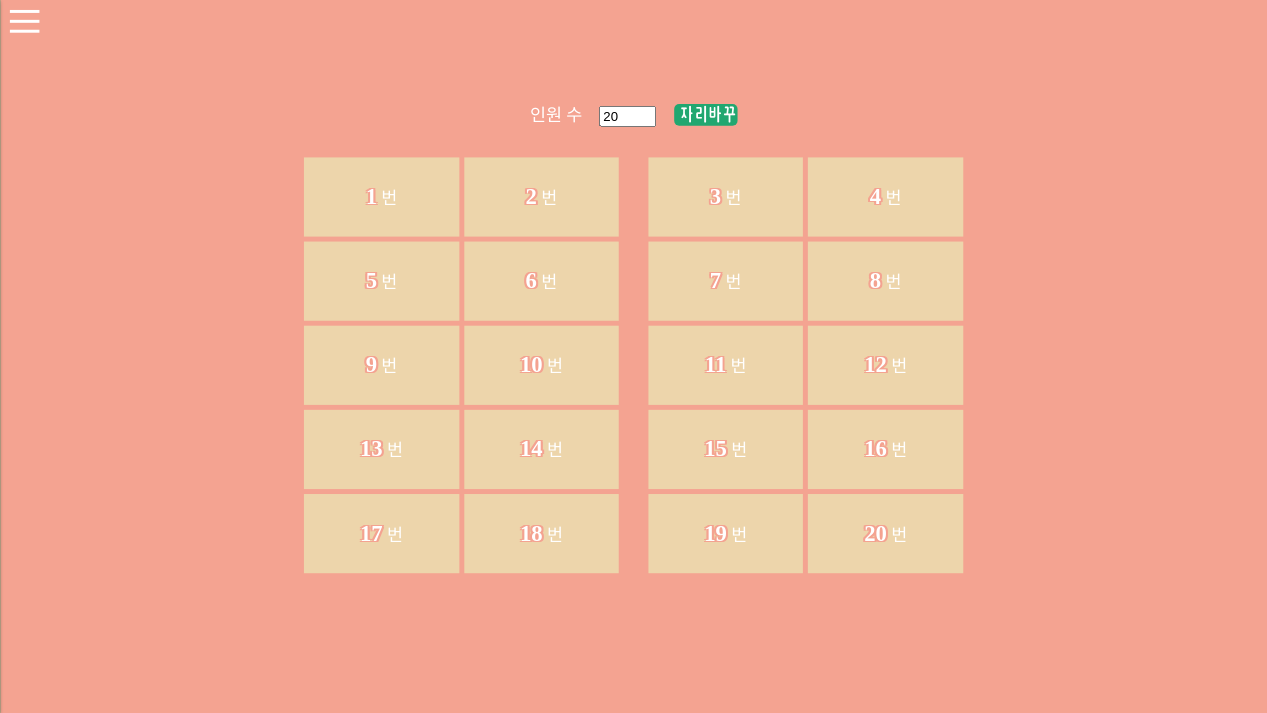
Repository: se-yoo/ChangeSeat
Page: http://localhost/ChangeSeat/change.jsp
An editor plug-in stored every save of this project. The page is shown before and after the next save, followed by the edit.
The browser window is 1280 px wide. The pictures show the whole page, at 99% of full size.
Some web fonts or font styles are not loaded; a fallback is used. Some web libraries are served in a nearby version. The page is served by Tomcat 9.

Above is the page before, as saved 2018-06-25 23:58:50.

### ChangeSeat/WebContent/change.jsp
<%@ page language="java" contentType="text/html; charset=UTF-8"
	pageEncoding="UTF-8"%>
<%
	String id = (String) session.getAttribute("id");
	if (id == null) {
%><jsp:forward page="templateTest.jsp">
	<jsp:param name="CONTENTPAGE" value="changeNotMember.jsp" />
</jsp:forward>
<%
	} else {
%><jsp:forward page="templateTest.jsp">
<jsp:param name="CONTENTPAGE" value="changeMember.jsp" />
</jsp:forward>
<%
	}
%>

### ChangeSeat/WebContent/templateTest.jsp
<%@ page language="java" contentType="text/html; charset=UTF-8"
    pageEncoding="UTF-8"%>
<!DOCTYPE html>
<html>
<head>
<meta charset="UTF-8">
<title>자리바꾸기</title>
<meta name="viewport" content="width=device-width, initial-scale=1">
 <title>Side Menu</title>
 <link rel="stylesheet" href="templateStyle.css">
 <link href='https://fonts.googleapis.com/css?family=Pacifico' rel='stylesheet' type='text/css'>
 <script src="//ajax.googleapis.com/ajax/libs/jquery/1.6.1/jquery.min.js" type="text/javascript"></script>
 <script>
$(document).ready(function(){
  /*
  $(".first").mouseover(function(){
    $(".second").css("background-color", '#6b81d5');
    $(".first").css("background-color", '#D56B81');

  });
  $(".second").mouseover(function(){
    $(".second").css("background-color", '#8a6bd5');
    $(".first").css("background-color", '#6bd5bf');

  });
  */
  $(".wrap").click(function(){
    $(".top").toggleClass("addedtop");
    $(".mid").toggleClass("addedmid");
    $(".bot").toggleClass("addedbot");
$(".side").toggleClass("triggered");
    $(".sidebtn").toggleClass("sideopacity");


  });

}); //final
</script>
</head>
<body>
<%
	String contentpage=request.getParameter("CONTENTPAGE");
%>
  <div class="wrap">
<span class="line top"></span>
  <span class="line mid"></span>
  <span class="line bot"></span>
  </div>
  <div class="side">
    <a href="main.jsp" class="sidebtn">홈</a>
    <a href="change.jsp" class="sidebtn">자리바꾸기</a>
    <a href="#" class="sidebtn">조편성</a>
    <a href="#" class="sidebtn">정보관리</a>
  </div>
  <jsp:include page="<%= contentpage %>"></jsp:include>
</body>
</html>

### ChangeSeat/WebContent/changeNotMember.jsp
<%@ page language="java" contentType="text/html; charset=UTF-8"
	pageEncoding="UTF-8"%>
<!DOCTYPE html>
<html>
<head>
<meta content="text/html; charset=UTF-8">
<title></title>
<link rel="stylesheet" href="changeStyle.css">
<script>
	function changeTable() {
		var cnt = document.getElementById("student").value;
		if (cnt > 40) {
			alert("40명 이하까지만 입력가능합니다 죄송합니다");
		} else {
			var num = [ 1, 2 ];
			num.length = cnt;
			for (i = 0; i < cnt; i++) {
				num[i] = i + 1;
			}
			for (i = 0; i < 100; i++) {
				var randNum1 = Math.floor(Math.random() * cnt);
				var randNum2 = Math.floor(Math.random() * cnt);
				var tmp = num[randNum1];
				num[randNum1] = num[randNum2];
				num[randNum2] = tmp;
			}
			result = "<table border='0' cellpadding='10' cellspacing='5'>";
			var row = Math.ceil(cnt / 4);
			var a = 0;

			for (i = 0; i < row; i++) {
				result += "<tr>";
				for (j = 0; j < 5; j++) {
					if (a > cnt - 1) {
						result += "</tr>";
						break;
					}
					if (j == 2)
						result += "<td width='3%' class='empty'></td>";
					else
						result += "<td width='24%' class='desk'><span>"
								+ num[a++] + "</span> 번</td>";
				}
				result += "</tr>";
			}
			result += "</table>";
			document.getElementById("tableBox").innerHTML = result;
		}
	}
</script>
</head>
<body>
	<form>
		인원 수 <input type="number" name="student" id="student" value="20"
			pattern="[0-9]+"> <input type="button" value="자리바꾸기"
			onclick="changeTable()">
	</form>
	<div id="tableBox">
		<table border="0" cellpadding="10" cellspacing="5">
			<%
				int[] num = { 1, 2, 3, 4, 5, 6, 7, 8, 9, 10, 11, 12, 13, 14, 15, 16, 17, 18, 19, 20 };
				int a = 0;
				for (int i = 0; i < 5; i++) {
			%>
			<tr>
				<%
					for (int j = 0; j < 5; j++) {
							if (j == 2)
								out.println("<td width='3%' class='empty'></td>");
							else
								out.println("<td width='24%' class='desk'><span>" + num[a++] + "</span> 번</td>");
						}
				%>
			</tr>
			<%
				}
			%>
		</table>
	</div>
</body>
</html>

### ChangeSeat/WebContent/templateStyle.css
@CHARSET "UTF-8";
@font-face{
	font-family:yangFont;
	src:url('yangfont05.ttf') format('truetype');
}
@font-face{
	font-family:Nanum;
	src:url('NanumBarunGothicLight.ttf') format('truetype');
}
body {
  background-color:#f4a391;
  margin: 0;
  padding: 0;
  font-family:Nanum;
}
html,body {
 height:80%;
}
.line {
 display: block;
  height:3px;
  width:30px;
  background-color:white;
  margin-top:5px;
  position: absolute;
  top:0;

  transition: all .4s ease-in-out;
}
.wrap {
 height:80px;
  position: relative;
  top:5px;
  left:10px;
  width: 30px;
  z-index: +150;
  cursor: pointer;
  height:30px;
  position: fixed;
}

.mid {
 top:10px;
}
.bot {
top:20px;
}

.addedmid {
  transform: rotate(135deg);
}
.addedtop {
  transform: rotate(45deg);
  top:10px;
}
.addedbot {
 opacity: 0;
}
.side {
	font-family: yangFont;
	width:20%;
  	position: fixed;
  	height:100%;
  	text-align: center;
  	left:-20%;
  	z-index: 80;
  	box-shadow: 0 1px 4px 0 rgba(0,0,0,0.37);
  	top:0;
  	background-color: #21a770;
  	transition: all .5s ease-in-out;
}
.sidebtn {
 text-decoration: none;
  display: block;
  color:white;
  font-size:35px;
  opacity:0;
  width:50%;
  position: relative;
  left:25%;
  top:25%;
  white-space: nowrap;
  line-height:100px;
  transition:all .25s ease-in-out;

}
.sideopacity  {
 opacity: 1;
  transition: all 1s ease-in-out;
}
.sidebtn:hover {
  text-shadow: 2px 2px rgba(0, 0, 0, 0.38);
}
.triggered {
 left:0;
}
.sidebtn::after {
 content: '';
  position: absolute;
  bottom:0;
  left:50%;
  width:0%;
  height:5px;
  background-color: white;
  transition: all .3s ease-out;
}
.sidebtn:hover::after {
 width: 100%;
  left:0;
  box-shadow: 2px 2px rgba(0, 0, 0, 0.38);
}

### ChangeSeat/WebContent/changeStyle.css
@CHARSET "UTF-8";
@font-face{
	font-family:yangFont;
	src:url('yangfont05.ttf') format('truetype');
}
@font-face{
	font-family:Nanum;
	src:url('NanumBarunGothicLight.ttf') format('truetype');
}
body{
	text-align:center;
	font-size:1.1em;
	color:white;
}
form{
	margin-top:8%;
}
input[type='button']{
	width:5%;
	height:1em;
	background-color:#21a770;
	color:white;
	font-family:yangFont;
	font-size:1.2em;
	border:0px;
	border-radius:5px;
	margin-left:1%;
}
input[type='button']:hover{
	background-color:white;
	color:#21a770;
	box-shadow: 2px 2px 5px gray;
}
#tableBox{
	text-align:center;
	margin:2%;
}
table{
	width:55%;
	margin:auto;
}
span{
	font-size:1.3em;
	font-weight:bold;
	text-shadow: -2px 1px 0 #f4a391, -1px 1px 0 #f4a391, -2px -1px 0 #f4a391,
		-1px -1px 0 #f4a391, 0px 0px 0 #f4a391, 1px 1px 0 #f4a391, 2px 1px 0
		#f4a391, 1px -1px 0 #f4a391, 2px -1px 0 #f4a391;
}
td{
	padding:4% 0%;
}
input[type='number']{
	width:50px;
	margin-left:1%;
}
.desk{
	background-color:#edd5ab;
}

After the next save:
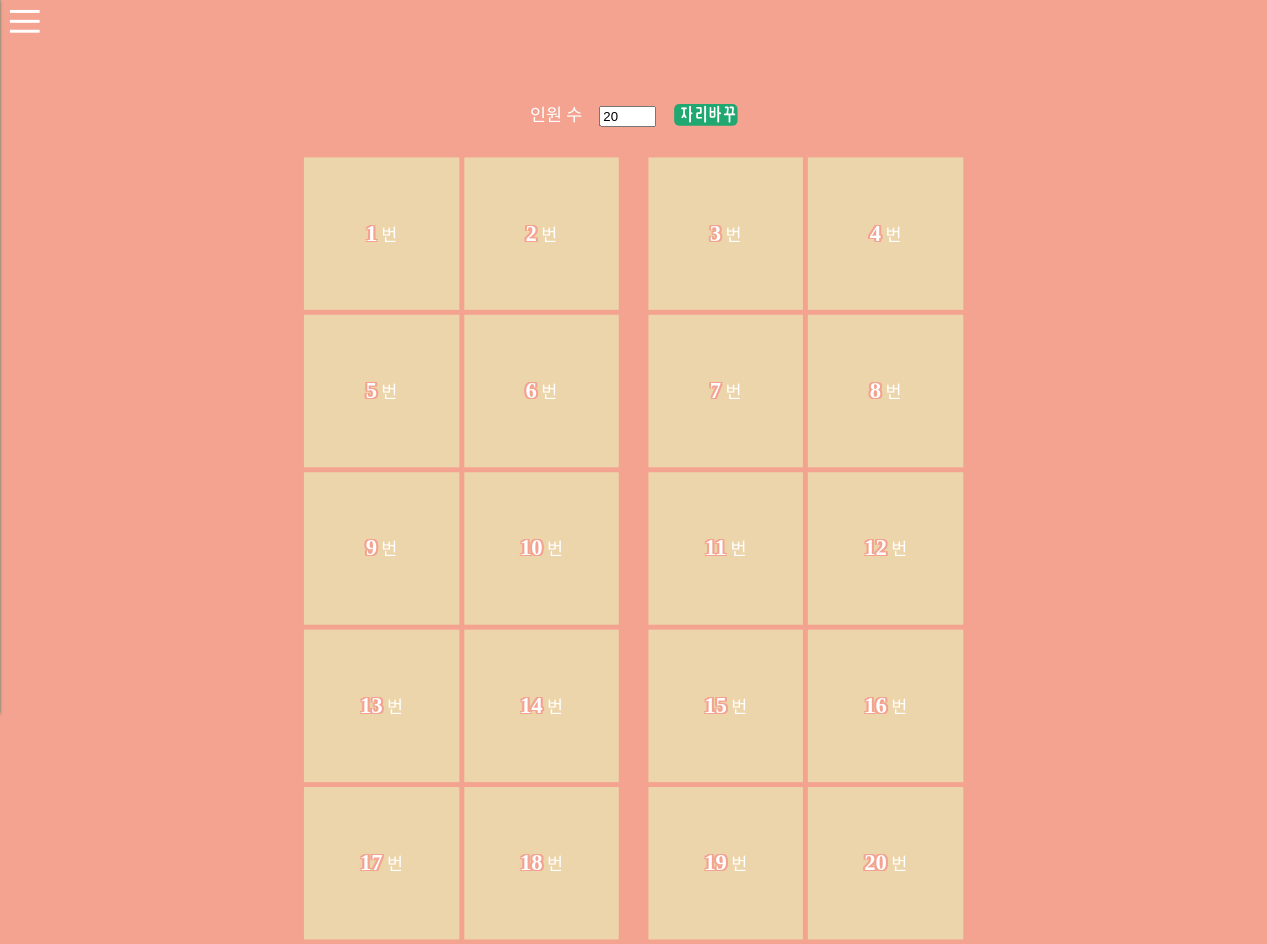
Saved 32 s later.
--- a/ChangeSeat/WebContent/changeStyle.css
+++ b/ChangeSeat/WebContent/changeStyle.css
@@ -38,6 +38,7 @@ input[type='button']:hover{
 table{
 	width:55%;
 	margin:auto;
+	height:800px;
 }
 span{
 	font-size:1.3em;
